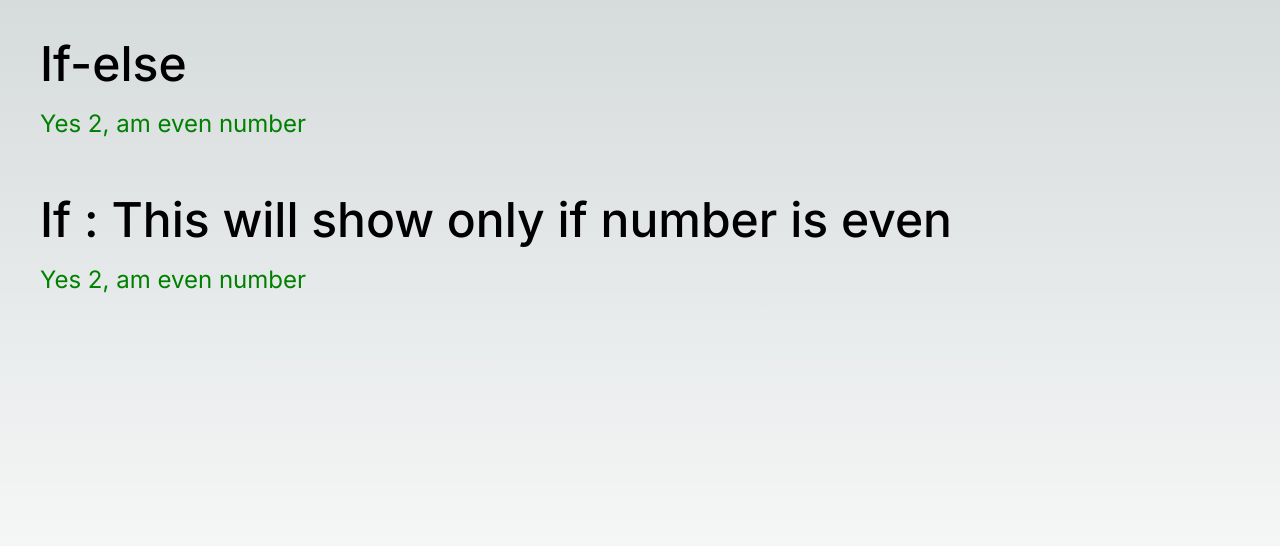
Repository: chapeee/learnNextBella
Page: / (app in basicconcepts/)
The author's editor kept a copy of each file at every save. The page is drawn from the files as they stood at one save, then again after the next save.
The browser window is 1280 px wide. The pictures show the whole page.
The project was rebuilt for these pictures with package versions that can differ from the ones it lists, and the page was loaded fresh each time. The framework's server and built-in components were replaced by stand-ins that run in the browser. Also part of the build but not shown: basicconcepts/next.config.mjs.

Above is the page before, as saved 2024-03-22 21:03:02.

### basicconcepts/src/app/page.tsx
import Image from "next/image";
import ConditionRendering from "./Components/ConditionRendering";

export default function Home() {
  return (
    <main className="min-h-screen p-10">
      {/* Conditional Rendering */}

      <ConditionRendering />

    </main>
  );
}

### basicconcepts/src/app/Components/ConditionRendering.tsx
"use client" //remove use client if you want to see the GOD
import React, { useState, useEffect } from 'react'


export default function ConditionRendering() {
    const [isEvenNumber, setisEvenNumber] = useState<boolean>(false)
    const [numberEvenOrOdd, setnumberEvenOrOdd] = useState<number>(2) // update this number to anything and check the output

    //checing if number if even
    const isNumberEven = () => {
        setisEvenNumber(numberEvenOrOdd % 2 === 0)
    }

    // just using it to run of page load
    useEffect(() => {
        isNumberEven()
    }, [])


    return (
        <div className='container m-auto'>

            <h1 className="text-5xl font-medium">If-else</h1>
            <div className="mt-5">
                {
                    //checking condition (if)
                    isEvenNumber ? (
                        <div className='text-[green] text-2xl'>Yes {numberEvenOrOdd}, am even number</div>
                    )
                        // else
                        : (
                            <div className='text-[red] text-2xl'>So sad {numberEvenOrOdd}, am not even number</div>
                        )

                }
            </div>

<div className="mt-14">
<h1 className="text-5xl font-medium">If : This will show only if number is even</h1>
            <div className="mt-5">
                {
                    //checking condition (if)
                    isEvenNumber && (
                        <div className='text-[green] text-2xl'>Yes {numberEvenOrOdd}, am even number</div>
                    )

                }
            </div>
</div>



        </div>
    )
}

Loaded but not shown: basicconcepts/src/app/layout.tsx (common file); basicconcepts/src/app/globals.css (common file); basicconcepts/tailwind.config.ts (common file)

After the next save:
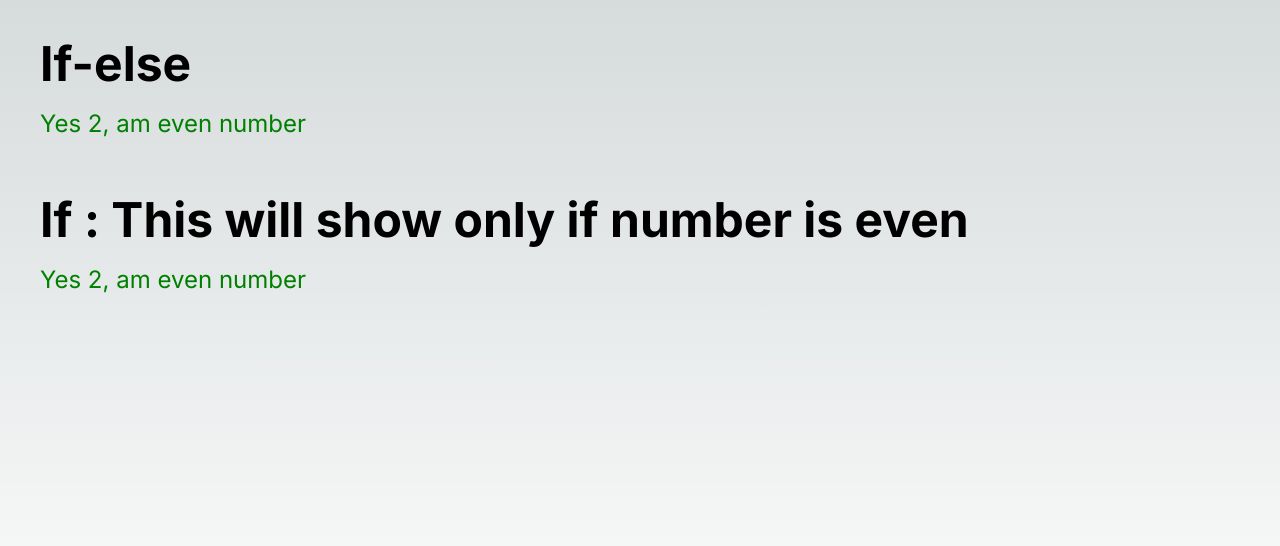
Saved 6 s later.
--- a/basicconcepts/src/app/Components/ConditionRendering.tsx
+++ b/basicconcepts/src/app/Components/ConditionRendering.tsx
@@ -20,7 +20,7 @@ export default function ConditionRendering() {
     return (
         <div className='container m-auto'>
 
-            <h1 className="text-5xl font-medium">If-else</h1>
+            <h1 className="text-5xl font-bold">If-else</h1>
             <div className="mt-5">
                 {
                     //checking condition (if)
@@ -36,7 +36,7 @@ export default function ConditionRendering() {
             </div>
 
 <div className="mt-14">
-<h1 className="text-5xl font-medium">If : This will show only if number is even</h1>
+<h1 className="text-5xl font-bold">If : This will show only if number is even</h1>
             <div className="mt-5">
                 {
                     //checking condition (if)
